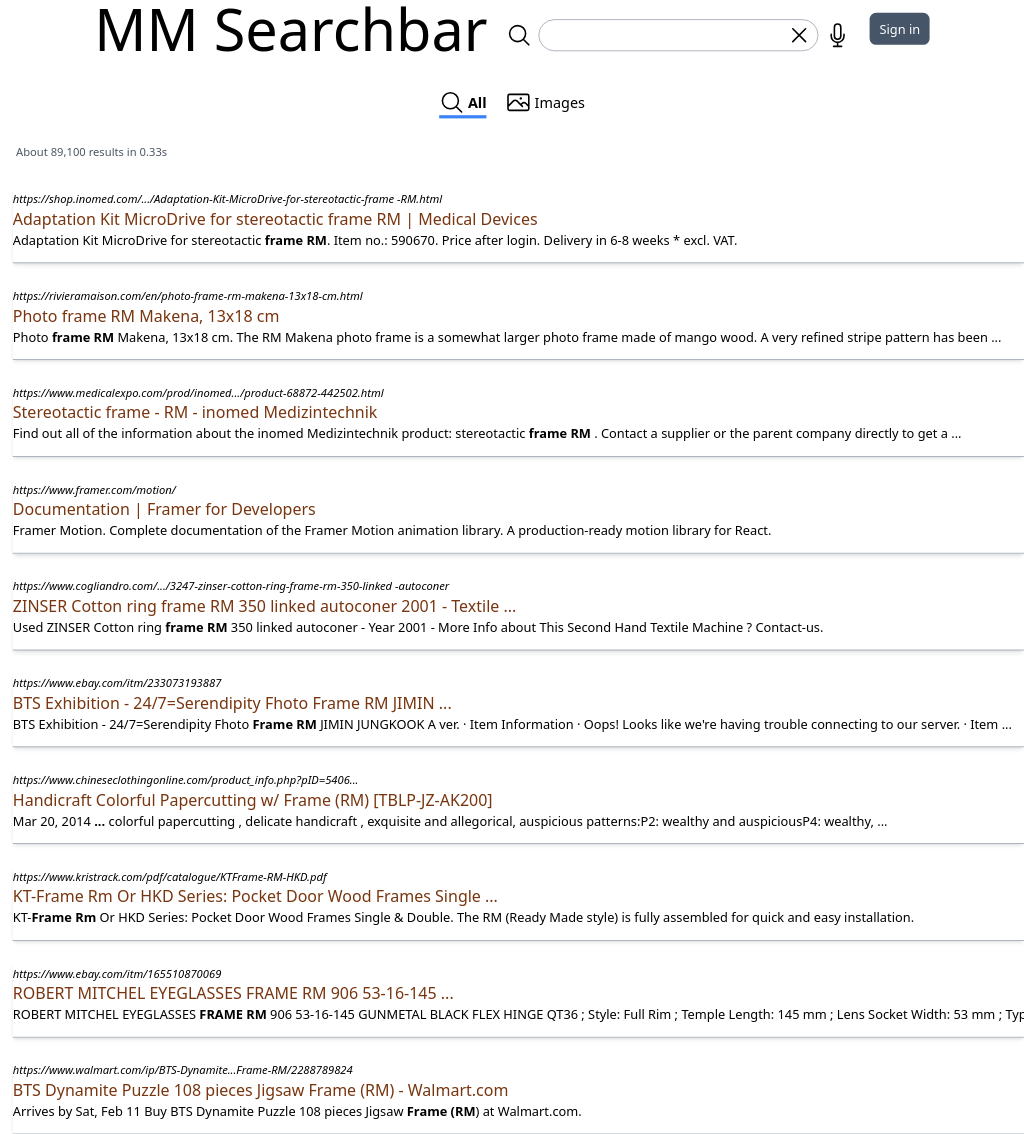
Repository: michalmilek/minigoogle
Page: /search
The author's editor kept a copy of each file at every save. The page is drawn from the files as they stood at one save, then again after the next save.
The browser window is 1280 px wide. The pictures show the whole page, at 80% of full size.
The page's requests for data from a server got no answer. The project was rebuilt for these pictures with package versions that can differ from the ones it lists, and the page was loaded fresh each time. The framework's server and built-in components were replaced by stand-ins that run in the browser. No one was signed in, and anything a server would have sent is missing. Also part of the build but not shown: next.config.js, Response.ts.

Above is the page before, as saved 2023-02-14 17:22:48.

After the next save:
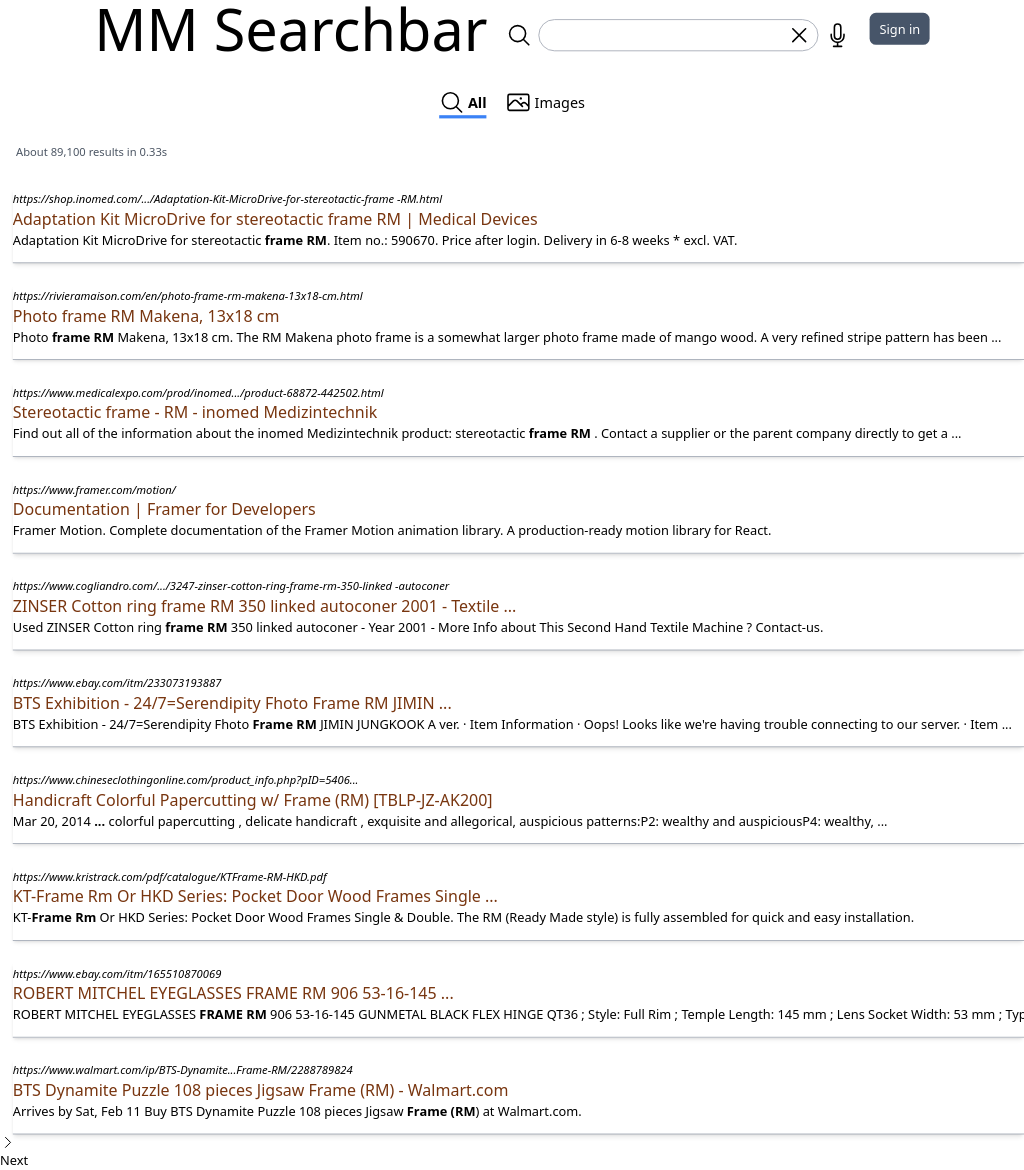
Saved 43 s later.
--- a/pages/search.tsx
+++ b/pages/search.tsx
@@ -6,6 +6,7 @@
 import Response from "@/Response";
 import SearchResults from "@/components/SearchResults";
 import { useRouter } from "next/router";
+import PaginationButtons from "@/components/PaginationButtons";
 
 const search = ({ results }: any) => {
   console.log(results);
@@ -31,6 +32,7 @@
       <SearchHeader />
       <SearchOptions />
       <SearchResults results={results} />
+      <PaginationButtons />
     </div>
   );
 };
@@ -38,6 +40,7 @@
 export default search;
 
 export async function getServerSideProps(ctx: any) {
+  const startIndex = ctx.query.start || "1";
   const mockData = true;
   const data = mockData
     ? Response
@@ -46,7 +49,7 @@
           process.env.NEXT_PUBLIC_GOOGLE_API_KEY
         }&cx=${process.env.NEXT_PUBLIC_CONTEXT_KEY}&q=${ctx.query.term}${
           ctx.query.searchType === "image" ? "&searchType=image" : ""
-        }`
+        }&start=${startIndex}`
       ).then((response) => response.json());
 
   return {
